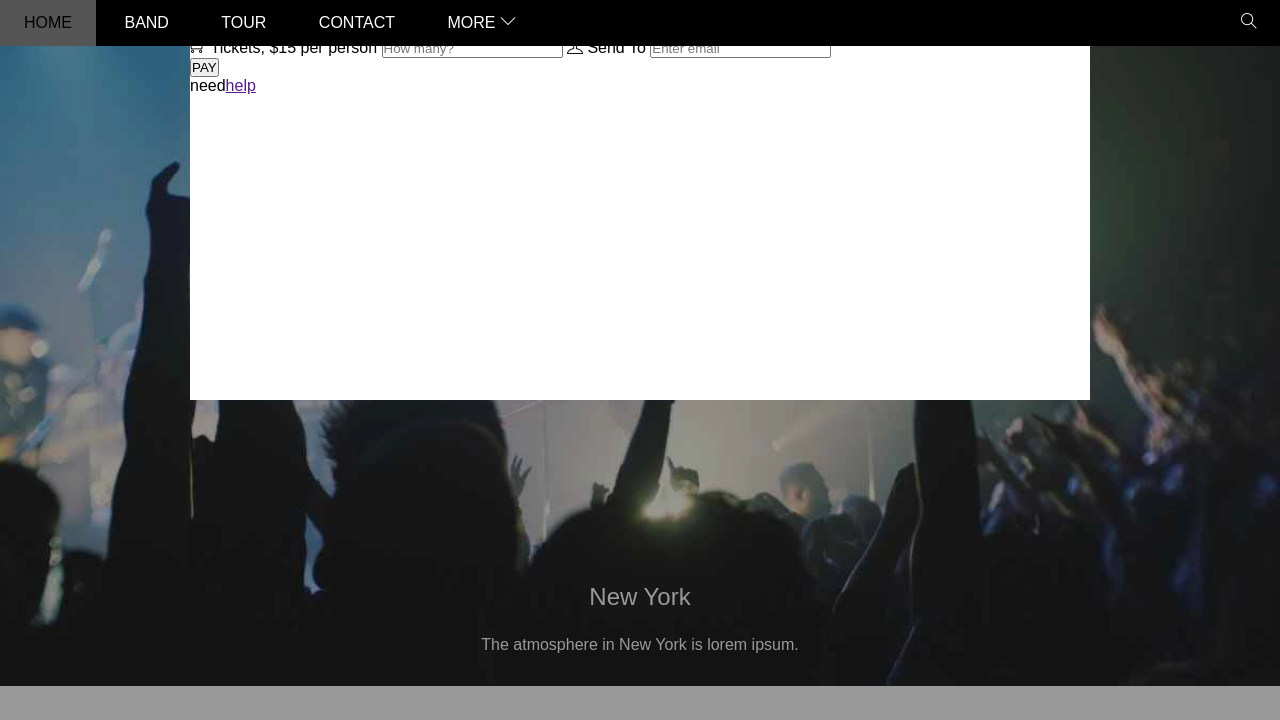
Repository: tung1233hhhhhhhhhhhhh/Website
Page: w3_band/index.html
These files come from the project's save history. The page is drawn as it stood at one moment and after the next save; the edit follows.
The browser window is 1280 px wide. The pictures show the window.
A layer covers the whole window, so only the first screen is drawn.

Above is the page before, as saved 2023-02-18 21:14:07.

### w3_band/index.html
<!DOCTYPE html>
<html lang="en">

<head>
    <meta charset="UTF-8">
    <meta http-equiv="X-UA-Compatible" content="IE=edge">
    <meta name="viewport" content="width=device-width, initial-scale=1.0">
    <title>Document</title>
    <link rel="stylesheet" href="./assets/css/style.css">
    <link rel="stylesheet" href="/w3_band/assets/fonts/themify-icons/themify-icons.css">
    <link rel="stylesheet" href="./modal.js">
</head>

<body>
    <div id="main">
        <div id="header">
            <div id="nav">
                <ul>
                    <li><a href="">Home</a></li>
                    <li><a href="">Band</a></li>
                    <li><a href="">Tour</a></li>
                    <li><a href="">Contact</a></li>
                    <li class="icon">
                        <a href="">
                            More
                            <i class="ti-angle-down"></i>
                        </a>
                        <div class="subnav">
                            <ul>
                                <li><a href="">Merchandise</a></li>
                                <li><a href="">Extras</a></li>
                                <li><a href="">Media</a></li>
                            </ul>
                        </div>
                    </li>
                </ul>
                <div class="icon-search">
                    <i class="ti-search"></i>
                </div>
            </div>
        </div>

        <div id="slider">
            <div class="silder-content">
                <h2 class="silder-heading">New York</h2>
                <p class="silder-discreption">The atmosphere in New York is lorem ipsum.</p>
            </div>
        </div>

        <div id="content">
            <!-- about content -->
            <div class="content-selection">
                <h2 class="text-heading">THE BAND</h2>
                <p class="text-sub-heading">We love music</p>
                <p class="text-content">
                    We have created a fictional band website. Lorem ipsum dolor sit amet, consectetur adipiscing elit,
                    sed do eiusmod tempor incididunt ut labore et dolore magna aliqua. Ut enim ad minim veniam, quis
                    nostrud exercitation ullamco laboris nisi ut aliquip ex ea commodo consequat. Duis aute irure dolor
                    in reprehenderit in voluptate velit esse cillum dolore eu fugiat nulla pariatur. Excepteur sint
                    occaecat cupidatat non proident, sunt in culpa qui officia deserunt mollit anim id est laborum
                    consectetur adipiscing elit, sed do eiusmod tempor incididunt ut labore et dolore magna aliqua. Ut
                    enim ad minim veniam, quis nostrud exercitation ullamco laboris nisi ut aliquip ex ea commodo
                    consequat.
                </p>
                <!-- img -->
                <div class="team-selection">
                    <div class="sub-selection">
                        <p class="text-selection">Team</p>
                        <img src="/w3_band/assets/img/name.jpg" alt="" class="img-selection">
                    </div>

                    <div class="sub-selection">
                        <p class="text-selection">Team</p>
                        <img src="/w3_band/assets/img/name.jpg" alt="" class="img-selection">
                    </div>

                    <div class="sub-selection">
                        <p class="text-selection">Team</p>
                        <img src="/w3_band/assets/img/name.jpg" alt="" class="img-selection">
                    </div>
                </div>
            </div>

            <!-- tour content -->

            <div class="content-tour">
                <div class="tour-body">
                    <div class="content-selection">
                        <h2 class="text-heading">TOUR DATES</h2>
                        <p class="text-sub-heading">Remember to book your tickets!</p>
                    </div>

                    <ul class="tour-text">
                        <li>
                            September
                            <span>Sold out</span>
                        </li>
                        <li>
                            October
                            <span>Sold out</span>
                        </li>
                        <li>
                            November
                            <span class="number">3</span>
                        </li>
                    </ul>

                    <div class="tour-list">
                        <div class="tourimg-selection">
                            <img src="/w3_band/assets/img/anh1.jpg" alt="">
                            <div class="container">
                                <p>
                                    <b>New York</b>
                                </p>
                                <p style="opacity: 0.6;">Fri 27 Nov 2016</p>
                                <p>Praesent tincidunt sed tellus ut rutrum sed vitae justo.</p>
                                <button> Buy Tickets</button>
                            </div>


                        </div>
                        <div class="tourimg-selection">
                            <img src="/w3_band/assets/img/anh2.jpg" alt="">
                            <div class="container">
                                <p>
                                    <b>Paris</b>
                                </p>
                                <p style="opacity: 0.6;">Sat 28 Nov 2016</p>
                                <p>Praesent tincidunt sed tellus ut rutrum sed vitae justo.</p>
                                <button> Buy Tickets</button>
                            </div>
                        </div>
                        <div class="tourimg-selection">
                            <img src="/w3_band/assets/img/anh3.jpg" alt="">
                            <div class="container">
                                <p>
                                    <b>San Francisco</b>
                                </p>
                                <p style="opacity: 0.6;">Sun 29 Nov 2016</p>
                                <p>Praesent tincidunt sed tellus ut rutrum sed vitae justo.</p>
                                <button> Buy Tickets</button>
                            </div>
                        </div>
                    </div>
                </div>
            </div>

            <!-- contact content -->

            <div class="contact-content">
                <div class="content-selection">
                    <h2 class="text-heading">CONTACT</h2>
                    <p class="text-sub-heading">Fan? Drop a note!</p>
                    <div class="contact">
                        <div class="contact-left">
                            <i class="ti-location-pin"></i>
                            Chicago, US
                            <br>
                            <i class="ti-mobile"></i>
                            Phone: +00 151515
                            <br>
                            <i class="ti-email"></i>
                            Email: mail@mail.com
                        </div>
                        <div class="contact-right">
                            <form action="">
                                <div class="account">
                                    <input type="text" placeholder="Name">
                                    <input type="text" placeholder="Email">
                                </div>
                                <input class="mes" type="text" placeholder="Message">
                                <button>SEND</button>
                            </form>
                        </div>
                    </div>
                </div>

            </div>

            <!-- image of location/map -->

            <div class="banner-image">
                <img src="/w3_band/assets/img/map.jpg" alt="">

            </div>


        </div>

        <div id="footer">
            <i class="ti-facebook"></i>
            <i class="ti-instagram"></i>
            <i class="ti-vimeo-alt"></i>
            <i class="ti-pinterest"></i>
            <i class="ti-twitter-alt"></i>
            <i class="ti-linkedin"></i>
            <p>Powered by <a href="">w3.css</a></p>
        </div>
    </div>
    <div class="modal">
        <div class="modal-container">
            <div class="modal-close">
                <i class="ti-close"></i>
            </div>
            <header>
                <i class="ti-bag"></i>
            </header>
            <div class="modal-body">
                <label for="" class="modal-lable">
                    <i class="ti-shopping-cart"></i>
                    Tickets, $15 per person
                </label>
                <input type="text" class="input-lable" placeholder="How many?">
                <label for="" class="modal-lable">
                    <i class="ti-user"></i>
                    Send To
                </label>
                <input type="text" class="input-lable" placeholder="Enter email">
            </div>
            <button class="modal-button">PAY</button>
            <p>need<a href="">help</a></p>

        </div>
    </div>


</body>

</html>

### w3_band/assets/css/style.css
* {
    padding: 0;
    margin: 0;
    box-sizing: border-box;
}

html {
    font-family: Arial, Helvetica, sans-serif;
}

#main {}

#header {
    height: 46px;
    background-color: #000;
    position: fixed;
    top: 0;
    right: 0;
    left: 0;
    z-index: 1;
}

#nav li {
    display: inline-block;
    position: relative;
}

#nav li:hover .subnav {
    display: block;
}

#nav>ul>li:hover>a>i,
#nav .subnav li:hover,
#nav>ul>li:hover>a {
    color: #000;
    background-color: #555;
}

#nav .subnav {
    display: none;
    position: absolute;
    background-color: #FFF;
    box-shadow: 0 0 20px rgba(0, 0, 0, 0.4);
}

#nav .subnav a {
    color: #000;
    padding: 0 12px;
    line-height: 38px;
}

#nav .subnav ul li {
    display: block;
    min-width: 150px;
}

#nav>ul>li>a {
    color: #fff;
    text-transform: uppercase;
}

#nav ul {
    display: inline-block;
}

#nav li a {
    text-decoration: none;
    line-height: 46px;
    padding: 0 24px;
    display: block;
}

#nav i {
    color: #fff;
    width: 20px;
}

#header .icon-search {
    display: block;
    float: right;
    line-height: 46px;
    padding: 0 23px;
}

#header .icon-search:hover {
    cursor: pointer;
    background-color: #f44336;
}

#slider {
    margin-top: 46px;
    padding-top: 50%;
    background: url(/w3_band/assets/img/ny.jpg) top center / cover no-repeat;
    position: relative;
}

.silder-content {
    position: absolute;
    bottom: 0;
    color: #fff;
    padding-bottom: 32px;
    text-align: center;
    width: 100%;
}

.silder-heading {
    font-weight: 500;
}

.silder-discreption {
    margin-top: 25px;
}

#content {}

#content .content-selection {
    padding: 64px 0px;
    margin-left: auto;
    margin-right: auto;
    width: 800px;
}

#content .content-selection .text-heading {
    text-align: center;
    font-size: 30px;
    font-weight: 500;
    letter-spacing: 4px;
}

#content .content-selection .text-sub-heading {
    text-align: center;
    font-size: 15px;
    margin-top: 25px;
    opacity: 0.6;
    font-style: italic;
}

#content .content-selection .text-content {
    font-size: 15px;
    margin-top: 25px;
    text-align: justify;
    line-height: 1.4;
}

#content .content-selection .team-selection {
    padding-top: 47px;
    padding-bottom: 32px;
    justify-items: space-between;
}

#content .team-selection .sub-selection {
    display: inline-block;
    text-align: center;
}

#content .sub-selection p {
    margin: 15px 0;
}



#content .team-selection .img-selection {
    width: 60%;
    border-radius: 4px;
    margin-bottom: 16px;
}

/* tour content  */


#content .content-tour {
    height: 850px;
    background-color: #000;
    color: #fff;
}

#content .content-tour .tour-body {
    width: 800px;
    margin-left: auto;
    margin-right: auto;
}

#content .content-tour .tour-text {
    background-color: #FFF;
    display: block;
    color: #000;
}

#content .tour-text>li {
    height: 22, 5px;
    padding: 8px 16px;
    list-style: none;
}

#content .tour-text>li:first-child {
    border-bottom: 1px solid #999;
}

#content .tour-text>li:last-child {
    border-top: 1px solid #999;
}

#content .tour-text span {
    /* border-radius: 4px; */
    display: inline-block;
    background-color: red;
    padding: 4px;
    margin-left: 4px;
    color: #fff;
}

#content .tour-text .number {
    /* margin-left: 50px; */
    background-color: black;
    float: right;
    border-radius: 50%;
    margin-top: -3px;
}

#content .tour-list {
    padding: 32px 0;
    right: 0;
    left: 0;
    margin: 0 -8px;
    position: relative;
}

#content .tourimg-selection {
    width: 33.33333%;
    float: left;
    padding: 0 8px;
    justify-content: space-between;
}

#content .tourimg-selection .container {
    /* text-align: center; */
    background-color: #fff;
    color: #000;
    height: 204px;
    padding-left: 16px;
    font-size: 15px;
    line-height: 1.5;
    margin-top: -4px;
    margin-bottom: 15px;
}



#content .tourimg-selection .container>p {
    padding-top: 15px;
}

#content .tourimg-selection .container button {
    color: #fff;
    background-color: #000;
    margin-top: 15px;
    text-align: center;
    cursor: pointer;
    white-space: nowrap;
    border: none;
    display: inline-block;
    padding: 8px 16px;
    vertical-align: middle;
    overflow: hidden;
    text-decoration: none;
}

#content .container button:hover {
    background-color: #ccc;
    color: #000;
}

#content .tourimg-selection img {
    width: 100%;
    background-image: cover;
}

/* contact content */


#content .contact-content {
    padding: 45px 0;
}

#content .contact {
    padding-top: 47px;
    padding-bottom: 32px;
}

#content .contact .contact-left {
    width: 49%;
    display: inline-block;
    font-size: 18px;
}

#content .contact .contact-left i {
    display: inline-block;
    font-size: inherit;
    width: 30px;
    line-height: 1.5;
}

#content .contact .contact-right {
    width: 49%;
    /* display: inline-block; */
    float: right;
}


.contact .contact-right form {
    width: 400px;
    position: relative;
    display: inline-block
}

.contact .contact-right form .account {
    margin-bottom: 10px;
}

.contact .contact-right .account input {
    padding: 8px;
    margin-right: 16px;
}

.contact .contact-right form .mes {
    width: 95.7%;
    padding: 8px;
}

.contact .contact-right form button {
    /* position: absolute; */
    margin: 16px 0;
    padding: 8px 16px;
    margin-left: 309px;
    background-color: black;
    color: #fff;
}

.contact .contact-right form button:hover {
    cursor: pointer;
    background-color: #ccc;
    color: black;
    border: none;
}

/* image of location/map */

.banner-image img {
    width: 100%;
    filter: grayscale(50%);
}

#content {}


#footer {
    padding: 64px 16px;
    text-align: center;
    justify-content: center;
    opacity: 0.6;
}

#footer p {
    margin: 30px 0;
    display: block;
    font-size: 15px;
}

#footer i {
    font-size: 25px;

    display: inline-block;
    text-rendering: auto;
}


.modal {
    position: fixed;
    top: 0;
    left: 0;
    right: 0;
    bottom: 0;

    background-color: rgba(0, 0, 0, 0.4);
}

.modal .modal-container {
    width: 900px;
    height: 400px;
    background-color: #FFF;
    margin: 0 auto;
    align-items: center;
    /* transform: translateY(50%); */
}

Loaded but not shown: w3_band/assets/fonts/themify-icons/themify-icons.css (common file); w3_band/modal.js (no stored copy; drawn as an empty file)

After the next save:
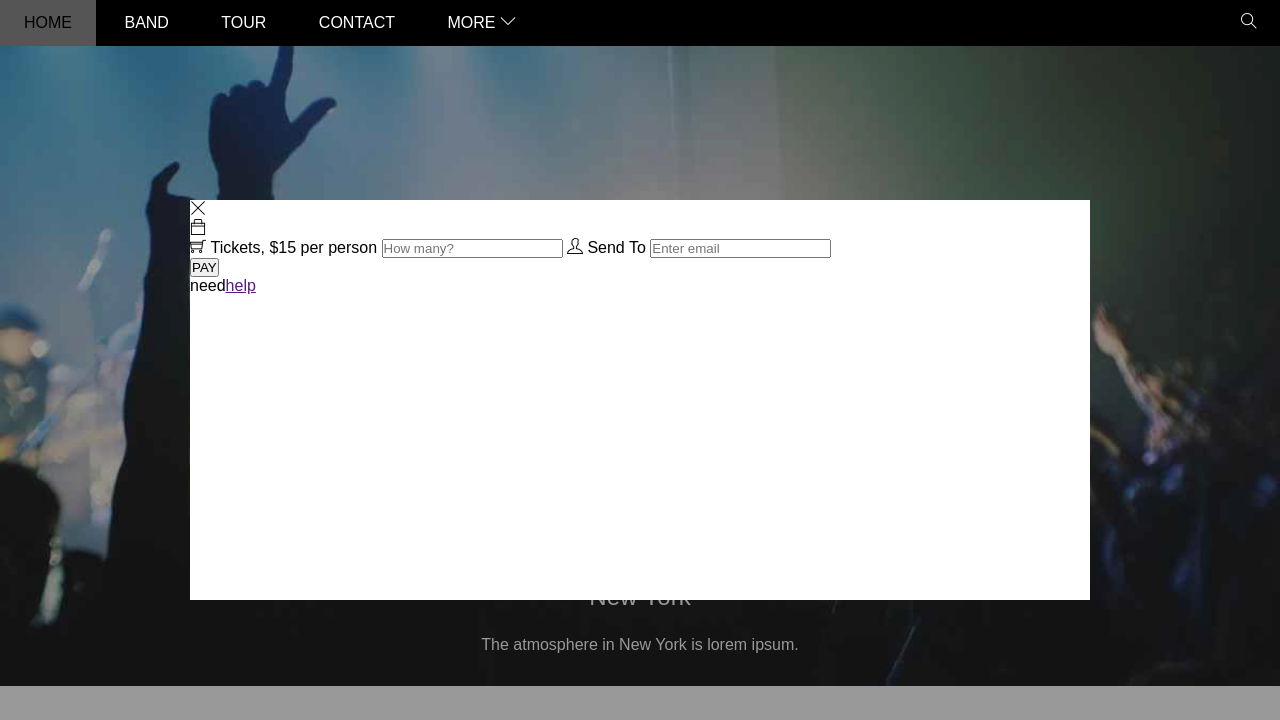
Saved 6 s later.
--- a/w3_band/assets/css/style.css
+++ b/w3_band/assets/css/style.css
@@ -389,6 +389,5 @@
     height: 400px;
     background-color: #FFF;
     margin: 0 auto;
-    align-items: center;
-    /* transform: translateY(50%); */
-}
+    transform: translateY(50%);
+}
